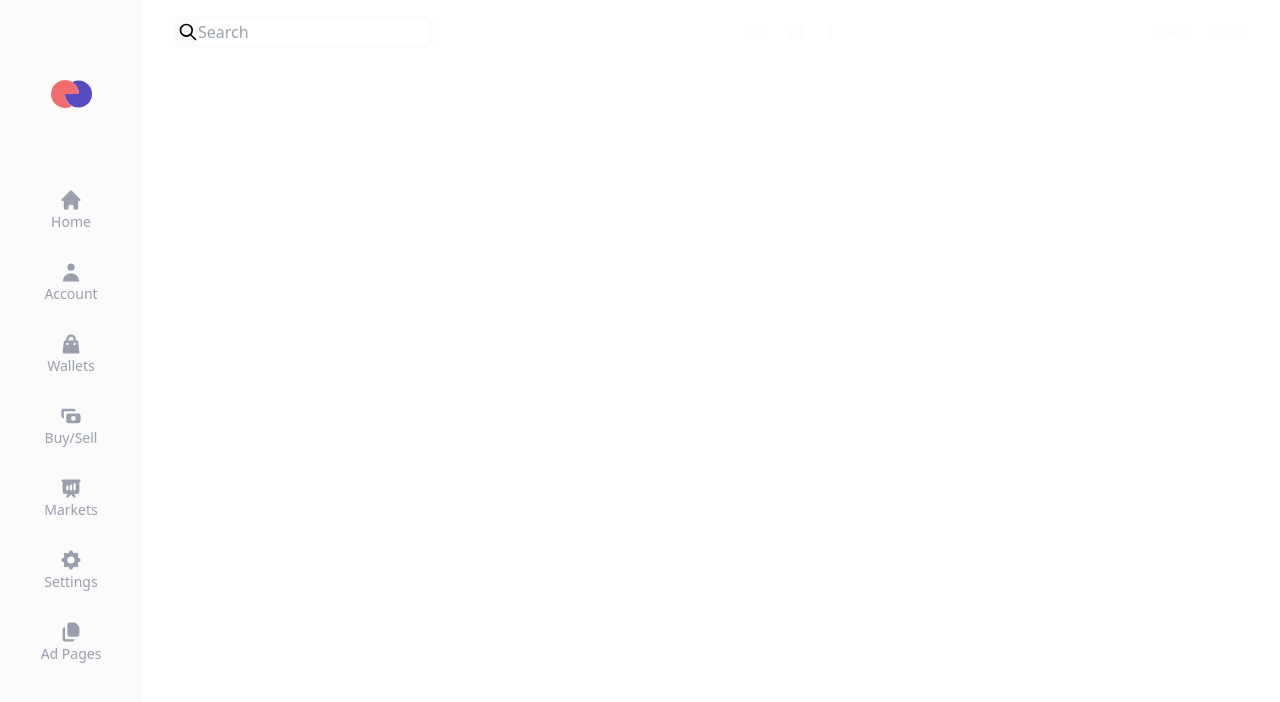
Repository: almaqdad55/crypto-app-nextjs
Page: /
The author's editor kept a copy of each file at every save. The page is drawn from the files as they stood at one save, then again after the next save.
The browser window is 1280 px wide. The pictures show the whole page.
The project was rebuilt for these pictures with package versions that can differ from the ones it lists, and the page was loaded fresh each time. The framework's server and built-in components were replaced by stand-ins that run in the browser.

Above is the page before, as saved 2022-01-04 20:07:37.

### pages/index.js
import Head from 'next/head';
import Sidebar from '../components/Sidebar';
import Feed from '../components/Feed';

export default function Home() {
  return (
    <div className="">
      <Head>
        <title>Crypto Trade</title>
        <link rel="icon" href="/logo.svg" />
      </Head>

      <main className="flex">
        <Sidebar />
        <Feed />
        {/* Widget */}
      </main>
    </div>
  );
}

### styles/globals.css
@import url('https://fonts.googleapis.com/css2?family=Lato:wght@300;400;700&display=swap');

@tailwind base;
@tailwind components;
@tailwind utilities;

@layer base {
  body {
    @apply bg-white;
  }
}

@layer components {
  .icon-group {
    @apply flex flex-col  items-center text-sm cursor-pointer text-[#9A9FAD] hover:text-[#544AC3] transition duration-200;
  }
}

### components/Sidebar.jsx
import {
  HomeIcon,
  UserIcon,
  CashIcon,
  ShoppingBagIcon,
  PresentationChartBarIcon,
  CogIcon,
  DocumentDuplicateIcon,
} from '@heroicons/react/solid';

const Sidebar = () => {
  return (
    <div className="flex flex-col items-center  h-screen w-[142px]  bg-[#fbfbfb] ">
      <div className="mt-20">
        <img src="/logo.svg" alt="" />
      </div>
      <div className="mb-40 mt-20 flex flex-col space-y-7">
        <div className="icon-group group">
          <HomeIcon className="h-6 " />
          <span className="">Home</span>
        </div>
        <div className="icon-group group">
          <UserIcon className="h-6 " />
          <span className="">Account</span>
        </div>
        <div className="icon-group group">
          <ShoppingBagIcon className="h-6 " />
          <span className="">Wallets</span>
        </div>
        <div className="icon-group group ">
          <CashIcon className="h-6 " />
          <span className="">Buy/Sell</span>
        </div>
        <div className="icon-group group">
          <PresentationChartBarIcon className="h-6 " />
          <span className="">Markets</span>
        </div>
        <div className="icon-group group">
          <CogIcon className="h-6 " />
          <span className="">Settings</span>
        </div>
        <div className="icon-group group">
          <DocumentDuplicateIcon className="h-6 " />
          <span className="">Ad Pages</span>
        </div>
      </div>
    </div>
  );
};

export default Sidebar;

### components/Feed.jsx
import {
  DotsVerticalIcon,
  PhotographIcon,
  NewspaperIcon,
  SearchIcon,
} from '@heroicons/react/outline';

// import { SearchIcon } from '@heroicons/react/solid';
const Feed = () => {
  return (
    <div className=" flex-grow  ">
      <div className="flex items-center  justify-between py-4 px-8">
        <div className="flex items-center bg-[#fbfbfb] rounded-lg p-1">
          <SearchIcon className="h-5" />
          <input type="text" placeholder={`Search`} className="outline-none" />
        </div>
        <div className="flex space-x-4 text-[#fbfbfb]">
          <NewspaperIcon className="h-5" />
          <PhotographIcon className="h-5" />
          <DotsVerticalIcon className="h-5" />
        </div>
        <div className="flex text-xs space-x-4 text-[#fbfbfb]">
          <p>Wallet</p>
          <p>Invoice</p>
        </div>
      </div>
    </div>
  );
};

export default Feed;

### tailwind.config.js
module.exports = {
  content: [
    './pages/**/*.{js,ts,jsx,tsx}',
    './components/**/*.{js,ts,jsx,tsx}',
  ],
  theme: {
    extend: {
      fontFamily: {
        Lato: ['Lato', 'sans-serif'],
      },
    },
  },
  plugins: [],
};

Loaded but not shown: pages/_app.js (common file); pages/api/hello.js (common file); pages/api/city.js (no copy from this time; the picture is the same without it); pages/api/getYTData.js (no copy from this time; the picture is the same without it)

After the next save:
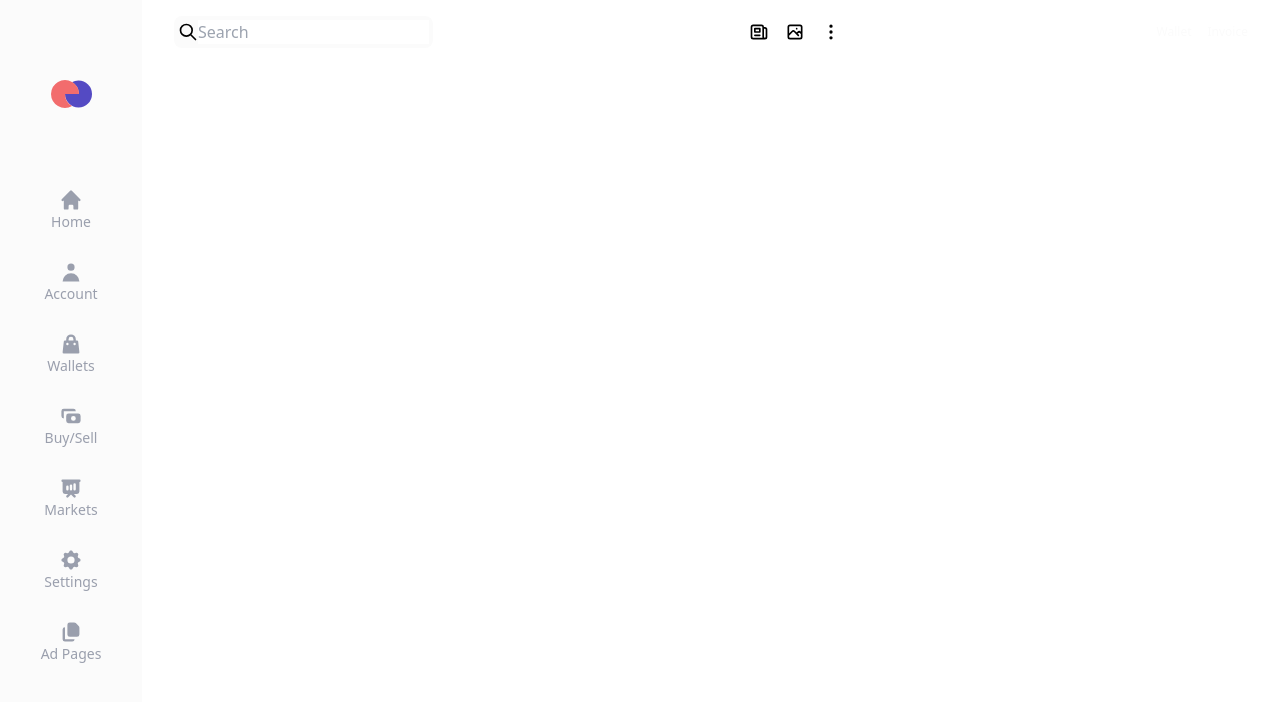
Saved 30 s later.
--- a/components/Feed.jsx
+++ b/components/Feed.jsx
@@ -14,7 +14,7 @@ const Feed = () => {
           <SearchIcon className="h-5" />
           <input type="text" placeholder={`Search`} className="outline-none" />
         </div>
-        <div className="flex space-x-4 text-[#fbfbfb]">
+        <div className="flex space-x-4 text-red">
           <NewspaperIcon className="h-5" />
           <PhotographIcon className="h-5" />
           <DotsVerticalIcon className="h-5" />
